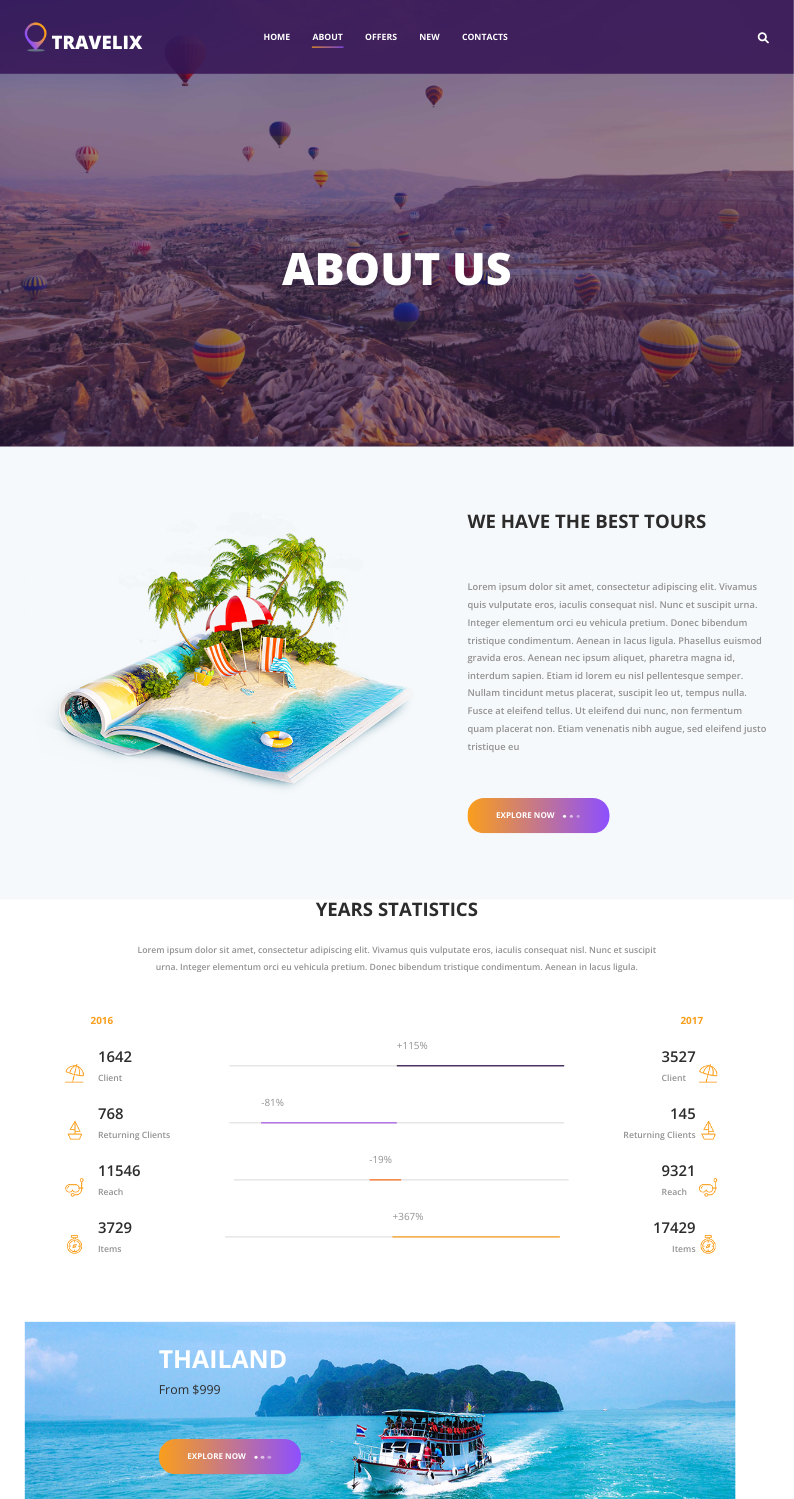
Repository: phamhuuloc/Travelix_Template
Page: about.html
These files come from the project's save history. The page is drawn as it stood at one moment and after the next save; the edit follows.
The browser window is 1280 px wide. The pictures show the whole page, at 62% of full size.
Backgrounds fixed to the window are drawn as part of the page. Some web fonts or font styles are not loaded; a fallback is used.

Above is the page before, as saved 2021-10-13 10:22:03.

### about.html
<!DOCTYPE html>
<html lang="en">
  <head>
    <meta charset="UTF-8" />
    <meta http-equiv="X-UA-Compatible" content="IE=edge" />
    <meta name="viewport" content="width=device-width, initial-scale=1.0" />
    <title>Document</title>
    <link rel="shortcut icon" href="./assets/img/logo.png" />
    <link
      href="https://fonts.googleapis.com/css2?family=Caramel&display=swap"
      rel="stylesheet"
    />
    <!-- GOOGLE FONT -->
    <link
      href="https://fonts.googleapis.com/css2?family=Birthstone&display=swap"
      rel="stylesheet"
    />
    <!-- FONT AWESOME -->
    <link
      rel="stylesheet"
      href="https://cdnjs.cloudflare.com/ajax/libs/font-awesome/6.0.0-beta2/css/all.min.css"
      integrity="sha512-YWzhKL2whUzgiheMoBFwW8CKV4qpHQAEuvilg9FAn5VJUDwKZZxkJNuGM4XkWuk94WCrrwslk8yWNGmY1EduTA=="
      crossorigin="anonymous"
      referrerpolicy="no-referrer"
    />
    <!-- CSS -->
    <link rel="stylesheet" href="./assets/css/reset.css" />
    <link rel="stylesheet" href="./assets/css/grid.css" />
    <link rel="stylesheet" href="./assets/css/base.css" />
    <link rel="stylesheet" href="./assets/css/about.css" />
  </head>
  <body>
    <header class="header">
      <div class="header-topbar" style="display: none">
        <div class="grid wide">
          <div class="header-topbar__container">
            <div class="row">
              <div class="col l-6">
                <div class="header-topbar__contact">
                  <ul>
                    <li>
                      <a href="">+84 945 000 917</a>
                    </li>
                    <li>
                      <a href=""><i class="fab fa-pinterest"></i></a>
                    </li>
                    <li>
                      <a href=""><i class="fab fa-facebook-f"></i></a>
                    </li>
                    <li>
                      <a href=""><i class="fab fa-twitter"></i></a>
                    </li>
                    <li>
                      <a href=""><i class="fab fa-dribbble"></i></a>
                    </li>
                    <li>
                      <a href=""><i class="fab fa-behance"></i></a>
                    </li>
                    <li>
                      <a href=""><i class="fab fa-linkedin-in"></i></a>
                    </li>
                  </ul>
                </div>
              </div>
              <div class="col l-6">
                <div class="header-topbar__login">
                  <ul>
                    <li><a href="">Login</a></li>
                    <li><a href="">|</a></li>
                    <li><a href="">Register</a></li>
                  </ul>
                </div>
              </div>
            </div>
          </div>
        </div>
      </div>
      <div class="header-nav">
        <div class="grid wide">
          <div class="header-nav__container">
            <div class="row">
              <div class="col l-3">
                <div class="logo">
                  <a href="" class="logo__link">
                    <img src="./assets/img/logo.png" alt="" />
                    <h2 class="logo__text">Travelix</h2>
                  </a>
                </div>
              </div>
              <div class="col l-6 m-0 c-0">
                <div class="nav-menu">
                  <ul class="nav-menu__list">
                    <li class="nav-menu__item">
                      <a href="index.html" class="nav-menu__link">Home</a>
                    </li>
                    <li class="nav-menu__item active">
                      <a href="./about.html" class="nav-menu__link">About</a>
                    </li>
                    <li class="nav-menu__item">
                      <a href="" class="nav-menu__link">Offers</a>
                    </li>
                    <li class="nav-menu__item">
                      <a href="" class="nav-menu__link">New</a>
                    </li>
                    <li class="nav-menu__item">
                      <a href="" class="nav-menu__link">Contacts</a>
                    </li>
                  </ul>
                </div>
              </div>
              <div class="col l-3">
                <div class="header-search">
                  <i class="fas fa-search header-search__icon"></i>
                </div>
              </div>
            </div>
          </div>
        </div>
      </div>
    </header>
    <div class="home">
      <div
        class="home-background"
        style="background-image: url(./assets/img/about.jpg)"
      ></div>
      <div class="home__title"><h1>About us</h1></div>
    </div>
    <section class="intro">
      <div class="grid wide">
        <div class="intro__container">
          <div class="row">
            <div class="col l-7 intro__img">
              <img src="./assets/img/intro_about.png" alt="" />
            </div>
            <div class="col l-5 intro__content">
              <h2 class="intro__title">WE HAVE THE BEST TOURS</h2>
              <p class="intro__desc">
                Lorem ipsum dolor sit amet, consectetur adipiscing elit. Vivamus
                quis vulputate eros, iaculis consequat nisl. Nunc et suscipit
                urna. Integer elementum orci eu vehicula pretium. Donec bibendum
                tristique condimentum. Aenean in lacus ligula. Phasellus euismod
                gravida eros. Aenean nec ipsum aliquet, pharetra magna id,
                interdum sapien. Etiam id lorem eu nisl pellentesque semper.
                Nullam tincidunt metus placerat, suscipit leo ut, tempus nulla.
                Fusce at eleifend tellus. Ut eleifend dui nunc, non fermentum
                quam placerat non. Etiam venenatis nibh augue, sed eleifend
                justo tristique eu
              </p>
              <div class="intro__btn">
                <div class="btn">
                  <div class="btn-bg"></div>
                  <a href="#" class="btn-link">
                    explore now
                    <span></span>
                    <span></span>
                    <span></span>
                  </a>
                </div>
              </div>
            </div>
          </div>
        </div>
      </div>
    </section>
    <section class="stats">
      <div class="grid wide">
        <div class="stats__container">
          <h2 class="stats__title">YEARS STATISTICS</h2>
          <div class="wrap_text">
            <p class="stats__text">
              Lorem ipsum dolor sit amet, consectetur adipiscing elit. Vivamus
              quis vulputate eros, iaculis consequat nisl. Nunc et suscipit
              urna. Integer elementum orci eu vehicula pretium. Donec bibendum
              tristique condimentum. Aenean in lacus ligula.
            </p>
          </div>
          <div class="stats__year">
            <div class="stats__year-last">2016</div>
            <div class="stats__year-new">2017</div>
          </div>
          <div class="stats__content">
            <div class="stats__item">
              <div class="stats__last">
                <div class="stats__icon">
                  <img src="./assets/img/stats_1.png" alt="" />
                </div>
                <div class="stats__content">
                  <div class="stats__number">1642</div>
                  <div class="stats__type">Client</div>
                </div>
              </div>
              <div class="stats__bar">
                <div class="stats__bar-perc" style="left: 50%; width: 50%">
                  <div class="stats__bar-value">+115%</div>
                </div>
              </div>
              <div class="stats__new">
                <div class="stats__content">
                  <div class="stats__number">3527</div>
                  <div class="stats__type">Client</div>
                </div>
                <div class="stats__icon">
                  <img src="./assets/img/stats_1.png" alt="" />
                </div>
              </div>
            </div>
            <div class="stats__item">
              <div class="stats__last">
                <div class="stats__icon">
                  <img src="./assets/img/stats_2.png" alt="" />
                </div>
                <div class="stats__last-content">
                  <div class="stats__number">768</div>
                  <div class="stats__type">Returning Clients</div>
                </div>
              </div>
              <div class="stats__bar">
                <div
                  class="stats__bar-perc"
                  style="
                    right: 50%;
                    width: 40.5%;
                    background: rgb(169, 92, 228);
                  "
                >
                  <div class="stats__bar-value">-81%</div>
                </div>
              </div>
              <div class="stats__new">
                <div class="stats__new-content">
                  <div class="stats__number">145</div>
                  <div class="stats__type">Returning Clients</div>
                </div>
                <div class="stats__icon">
                  <img src="./assets/img/stats_2.png" alt="" />
                </div>
              </div>
            </div>
            <div class="stats__item">
              <div class="stats__last">
                <div class="stats__icon">
                  <img src="./assets/img/stats_3.png" alt="" />
                </div>
                <div class="stats__last-content">
                  <div class="stats__number">11546</div>
                  <div class="stats__type">Reach</div>
                </div>
              </div>
              <div class="stats__bar">
                <div
                  class="stats__bar-perc"
                  style="right: 50%; width: 9.5%; background: rgb(250, 111, 27)"
                >
                  <div class="stats__bar-value">-19%</div>
                </div>
              </div>
              <div class="stats__new">
                <div class="stats__content">
                  <div class="stats__number">9321</div>
                  <div class="stats__type">Reach</div>
                </div>
                <div class="stats__icon">
                  <img src="./assets/img/stats_3.png" alt="" />
                </div>
              </div>
            </div>
            <div class="stats__item">
              <div class="stats__last">
                <div class="stats__icon">
                  <img src="./assets/img/stats_4.png" alt="" />
                </div>
                <div class="stats__last-content">
                  <div class="stats__number">3729</div>
                  <div class="stats__type">Items</div>
                </div>
              </div>
              <div class="stats__bar">
                <div
                  class="stats__bar-perc"
                  style="left: 50%; width: 50%; background: rgb(250, 158, 27)"
                >
                  <div class="stats__bar-value">+367%</div>
                </div>
              </div>
              <div class="stats__new">
                <div class="stats__new-content">
                  <div class="stats__number">17429</div>
                  <div class="stats__type">Items</div>
                </div>
                <div class="stats__icon">
                  <img src="./assets/img/stats_4.png" alt="" />
                </div>
              </div>
            </div>
          </div>
        </div>
      </div>
    </section>
    <section class="popular">
      <div class="grid wide">
        <div class="popular__container">
          <div class="popular__background">
            <img src="./assets/img/add.jpg" alt="" class="" />
          </div>
          <div class="popular__content">
            <h2 class="popular__title">Thailand</h2>
            <span class="popular__price">From $999</span>
            <div class="popular__btn">
              <div class="btn">
                <div class="btn-bg"></div>
                <a href="#" class="btn-link">
                  explore now
                  <span></span>
                  <span></span>
                  <span></span>
                </a>
              </div>
            </div>
          </div>
        </div>
      </div>
    </section>
  </body>
</html>

### assets/css/grid.css
.grid {
  width: 100%;
  padding: 0;
}
.grid.wide {
  max-width: 1200px;

  margin: 0 auto;
}
.row {
  display: flex;
  flex-wrap: wrap;
  margin-left: -4px;
  margin-right: -4px;
}
.row.no-gutters {
  margin-left: 0;
  margin-right: 0;
}
.col {
  padding-left: 4px;
  padding-right: 4px;
}
.row.no-gutters .col {
  margin-left: 0;
  margin-right: 0;
}

.c-0 {
  display: none;
}

.c-1 {
  flex: 0 0 8.33333%;
  max-width: 8.33333%;
}

.c-2 {
  flex: 0 0 16.66667%;
  max-width: 16.66667%;
}

.c-3 {
  flex: 0 0 25%;
  max-width: 25%;
}

.c-4 {
  flex: 0 0 33.33333%;
  max-width: 33.33333%;
}

.c-5 {
  flex: 0 0 41.66667%;
  max-width: 41.66667%;
}

.c-6 {
  flex: 0 0 50%;
  max-width: 50%;
}

.c-7 {
  flex: 0 0 58.33333%;
  max-width: 58.33333%;
}

.c-8 {
  flex: 0 0 66.66667%;
  max-width: 66.66667%;
}

.c-9 {
  flex: 0 0 75%;
  max-width: 75%;
}

.c-10 {
  flex: 0 0 83.33333%;
  max-width: 83.33333%;
}

.c-11 {
  flex: 0 0 91.66667%;
  max-width: 91.66667%;
}

.c-12 {
  flex: 0 0 100%;
  max-width: 100%;
}

.c-o-1 {
  margin-left: 8.33333%;
}

.c-o-2 {
  margin-left: 16.66667%;
}

.c-o-3 {
  margin-left: 25%;
}

.c-o-4 {
  margin-left: 33.33333%;
}

.c-o-5 {
  margin-left: 41.66667%;
}

.c-o-6 {
  margin-left: 50%;
}

.c-o-7 {
  margin-left: 58.33333%;
}

.c-o-8 {
  margin-left: 66.66667%;
}

.c-o-9 {
  margin-left: 75%;
}

.c-o-10 {
  margin-left: 83.33333%;
}

.c-o-11 {
  margin-left: 91.66667%;
}
/* TABLET */
@media (min-width: 740px) {
  .row {
    margin-left: -8px;
    margin-right: -8px;
  }
  .col {
    padding-right: 8px;
    padding-left: 8px;
  }
  .m-0 {
    display: none;
  }
  .m-1,
  .m-2,
  .m-3,
  .m-4,
  .m-5,
  .m-6,
  .m-7,
  .m-8,
  .m-9,
  .m-10,
  .m-11,
  .m-12 {
    display: block;
  }

  .m-1 {
    flex: 0 0 8.33333%;
    max-width: 8.33333%;
  }

  .m-2 {
    flex: 0 0 16.66667%;
    max-width: 16.66667%;
  }

  .m-3 {
    flex: 0 0 25%;
    max-width: 25%;
  }

  .m-4 {
    flex: 0 0 33.33333%;
    max-width: 33.33333%;
  }

  .m-5 {
    flex: 0 0 41.66667%;
    max-width: 41.66667%;
  }

  .m-6 {
    flex: 0 0 50%;
    max-width: 50%;
  }

  .m-7 {
    flex: 0 0 58.33333%;
    max-width: 58.33333%;
  }

  .m-8 {
    flex: 0 0 66.66667%;
    max-width: 66.66667%;
  }

  .m-9 {
    flex: 0 0 75%;
    max-width: 75%;
  }

  .m-10 {
    flex: 0 0 83.33333%;
    max-width: 83.33333%;
  }

  .m-11 {
    flex: 0 0 91.66667%;
    max-width: 91.66667%;
  }

  .m-12 {
    flex: 0 0 100%;
    max-width: 100%;
  }

  .m-o-1 {
    margin-left: 8.33333%;
  }

  .m-o-2 {
    margin-left: 16.66667%;
  }

  .m-o-3 {
    margin-left: 25%;
  }

  .m-o-4 {
    margin-left: 33.33333%;
  }

  .m-o-5 {
    margin-left: 41.66667%;
  }

  .m-o-6 {
    margin-left: 50%;
  }

  .m-o-7 {
    margin-left: 58.33333%;
  }

  .m-o-8 {
    margin-left: 66.66667%;
  }

  .m-o-9 {
    margin-left: 75%;
  }

  .m-o-10 {
    margin-left: 83.33333%;
  }

  .m-o-11 {
    margin-left: 91.66667%;
  }
}
/* PC MEDIUM RESOLUTION */
@media (min-width: 1113px) {
  .row {
    margin-left: -12px;
    margin-right: -12px;
  }
  .row.sm-gutter {
    margin-left: -8px;
    margin-right: -8px;
  }
  .col {
    padding-left: 12px;
    padding-right: 12px;
  }
  .row.sm-gutter .col {
    padding-left: 8px;
    padding-right: 8px;
  }
  .l-0 {
    display: none;
  }

  .l-1,
  .l-2,
  .l-2-4,
  .l-3,
  .l-4,
  .l-5,
  .l-6,
  .l-7,
  .l-8,
  .l-9,
  .l-10,
  .l-11,
  .l-12 {
    display: block;
  }

  .l-1 {
    flex: 0 0 8.33333%;
    max-width: 8.33333%;
  }

  .l-2 {
    flex: 0 0 16.66667%;
    max-width: 16.66667%;
  }

  .l-2-4 {
    flex: 0 0 20%;
    max-width: 20%;
  }

  .l-3 {
    flex: 0 0 25%;
    max-width: 25%;
  }

  .l-4 {
    flex: 0 0 33.33333%;
    max-width: 33.33333%;
  }

  .l-5 {
    flex: 0 0 41.66667%;
    max-width: 41.66667%;
  }

  .l-6 {
    flex: 0 0 50%;
    max-width: 50%;
  }

  .l-7 {
    flex: 0 0 58.33333%;
    max-width: 58.33333%;
  }

  .l-8 {
    flex: 0 0 66.66667%;
    max-width: 66.66667%;
  }

  .l-9 {
    flex: 0 0 75%;
    max-width: 75%;
  }

  .l-10 {
    flex: 0 0 83.33333%;
    max-width: 83.33333%;
  }

  .l-11 {
    flex: 0 0 91.66667%;
    max-width: 91.66667%;
  }

  .l-12 {
    flex: 0 0 100%;
    max-width: 100%;
  }

  .l-o-1 {
    margin-left: 8.33333%;
  }

  .l-o-2 {
    margin-left: 16.66667%;
  }

  .l-o-3 {
    margin-left: 25%;
  }

  .l-o-4 {
    margin-left: 33.33333%;
  }

  .l-o-5 {
    margin-left: 41.66667%;
  }

  .l-o-6 {
    margin-left: 50%;
  }

  .l-o-7 {
    margin-left: 58.33333%;
  }

  .l-o-8 {
    margin-left: 66.66667%;
  }

  .l-o-9 {
    margin-left: 75%;
  }

  .l-o-10 {
    margin-left: 83.33333%;
  }

  .l-o-11 {
    margin-left: 91.66667%;
  }
}
/* TABLET AND PC */
@media (min-width: 740px) and (max-width: 1023px) {
  .wide {
    width: 644px;
  }
}
/* > PC  LOW RESOLUTION */
@media (min-width: 1024px) and (max-width: 1239px) {
  .wide {
    width: 984px;
  }
}
.form__item {
  display: flex;
  flex-direction: column;
}

### assets/css/about.css
.home-background {
  background-repeat: no-repeat;
  background-position: bottom center;
  background-attachment: fixed;
  background-size: cover;
}
.home__title {
  position: absolute;
  top: 55%;
  left: 50%;
  transform: translateX(-50%);
}
.home__title h1 {
  font-size: 7.2rem;
  font-weight: 800;
  color: var(--white-color);
  text-transform: uppercase;
}
/* INTRO */
.intro {
  padding: 10.6rem 0;
  background-color: #f6f9fb;
}
.intro__title {
  font-size: 3rem;
  font-weight: 700;
  color: var(--black-color);
  margin-bottom: 7.6rem;
  text-transform: uppercase;
}
.intro__desc {
  font-size: 1.5rem;
  font-weight: 600;
  color: var(--gray-color);
  line-height: 1.9;
}
.intro__btn .btn {
  left: 0;
  transform: translateX(0);
}
.stats__title {
  text-align: center;
  font-size: 3rem;
  font-weight: 700;
  color: var(--black-color);
  margin-bottom: 3.8rem;
}
.wrap_text {
  text-align: center;
  display: flex;
  justify-content: center;
  margin-bottom: 6.6rem;
}
.stats__text {
  font-size: 1.4rem;
  font-weight: 600;
  line-height: 1.9;
  color: var(--gray-color);
  max-width: 84rem;
}
.stats__year {
  display: flex;
  align-items: center;
  justify-content: space-between;
  padding: 0 10.6rem;
  margin-bottom: 3.6rem;
}
.stats__year-last,
.stats__year-new {
  font-size: 1.6rem;
  font-weight: 700;
  color: var(--primary-color);
}
.stats__item {
  display: flex;
  align-items: center;
  justify-content: space-between;
  padding: 0 60px;
  margin-top: 3.8rem;
}
.stats__last {
  display: flex;
  align-items: flex-end;
}
.stats__icon {
  margin-right: 1.8rem;
}
.stats__number {
  font-size: 2.4rem;
  font-weight: 600;
  color: var(--black-color);
  margin-bottom: 1.6rem;
}
.stats__type {
  font-size: 1.4rem;
  font-weight: 600;
  color: var(--gray-color);
}
.stats__new {
  display: flex;
  align-items: flex-end;
}
.stats__last-content {
  text-align: left;
}
.stats__new-content {
  text-align: right;
}
.stats__bar {
  position: relative;
  height: 2px;
  background-color: #e1e1e1;
  width: 50%;
  display: flex;
  flex-direction: column;
}
.stats__bar-value {
  position: absolute;
  top: -40px;
  color: var(--gray-color);
  font-size: 1.6rem;
  text-align: left;
}
.stats__bar-perc {
  position: absolute;
  height: 2px;
  background-color: rgb(49, 18, 75);
}
.popular {
  margin-top: 11rem;
  position: relative;
}
.popular__background {
}
.popular__content {
  position: absolute;
  top: 50%;
  left: 20%;
  transform: translateY(-50%);
}
.popular__title {
  font-size: 4rem;
  font-weight: 700;
  color: var(--white-color);
  text-transform: uppercase;
  margin-bottom: 2rem;
}
.popular__price {
  display: block;
  font-size: 2rem;
  color: var(--black-color);
}

Loaded but not shown: assets/css/reset.css (common file); assets/css/base.css (441 lines, source omitted)

After the next save:
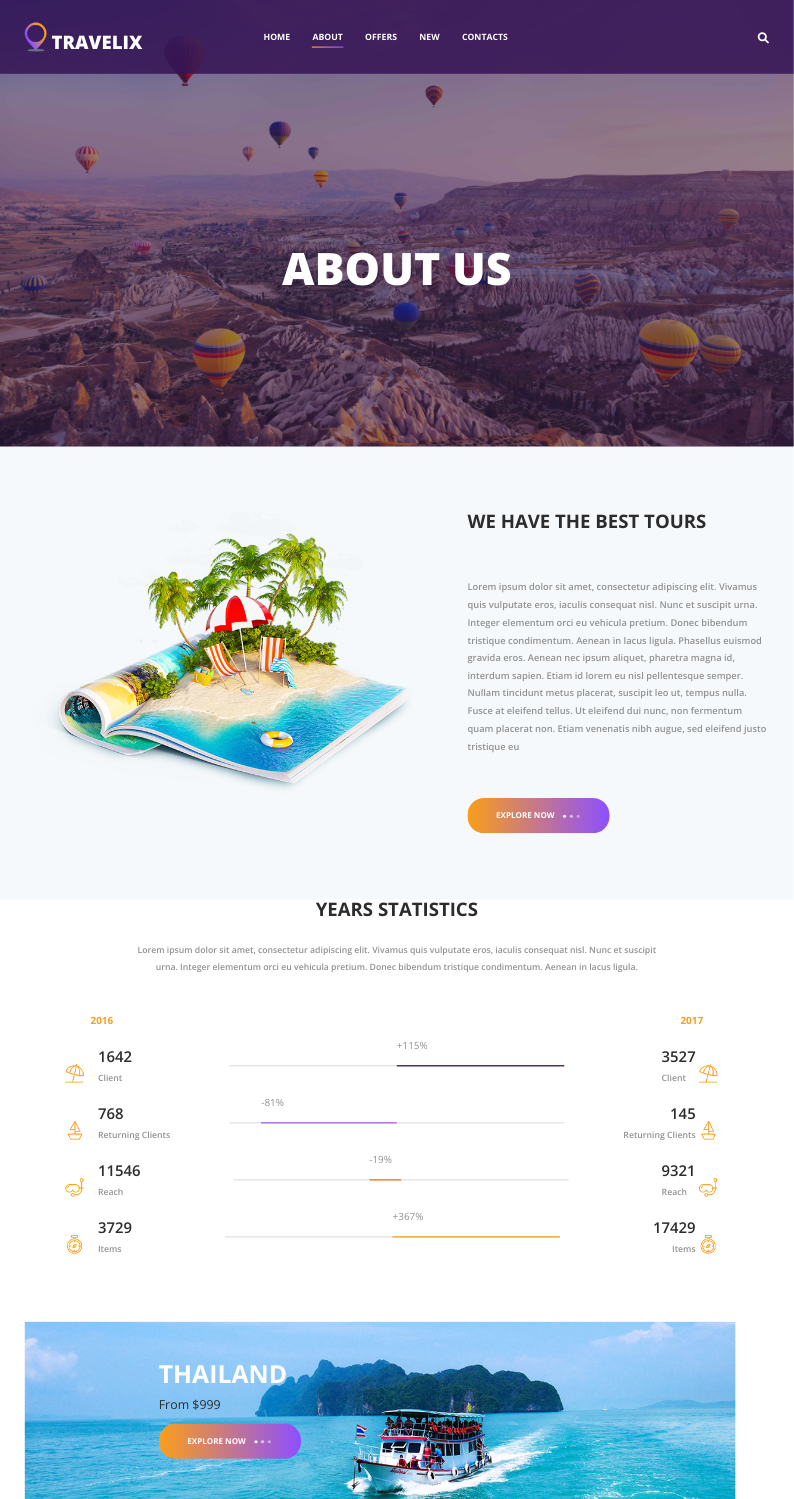
Saved 37 s later.
--- a/assets/css/about.css
+++ b/assets/css/about.css
@@ -150,3 +150,6 @@
   font-size: 2rem;
   color: var(--black-color);
 }
+.popular__btn .btn {
+  margin-top: 2rem;
+}
